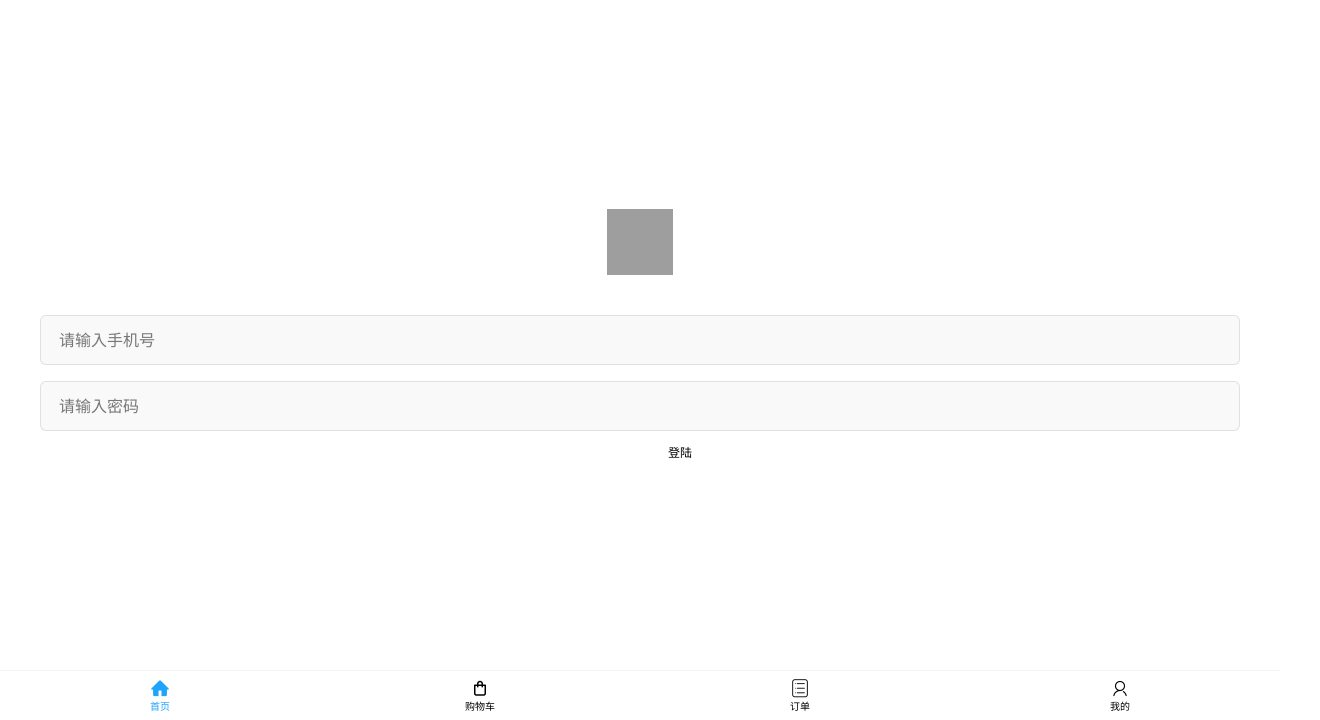
Repository: nestzero/mallapp
Page: /#/login
An editor plug-in stored every save of this project. The page is shown before and after the next save, followed by the edit.
The browser window is 1280 px wide. The page is 1320 px wide, so the pictures cover 1320 px, including what lies to the right of the window. The pictures show the whole page.
Pictures or frames that could not be fetched are drawn as grey boxes. The project was rebuilt for these pictures with package versions that can differ from the ones it lists, and the page was loaded fresh each time. Also part of the build but not shown: vue.config.js.

Above is the page before, as saved 2022-03-07 22:49:00.

### src/main.js
import { createApp } from 'vue'
import App from './App.vue'
import router from './router'
import store from './store'

import 'normalize.css'
import '@/assets/css/base.scss'

import '@/assets/font/iconfont.css'

createApp(App).use(store).use(router).mount('#app')

### src/App.vue
<template>
  <div id="app">
    <router-view/>

    <main-bar></main-bar>
  </div>

</template>

<script>
import MainBar from "@/components/common/MainBar/MainBar";
export default {
  components:{
    MainBar,
  }
}
</script>

<style lang="scss" scoped>
</style>

### src/router/index.js
import { createRouter, createWebHashHistory } from 'vue-router'

const home=()=>import('@/views/home/home');
const login=()=>import('@/components/content/login/login')
const my=()=>import('@/views/my/my');

const routes = [
  {
    path:'',
    redirect: '/home',
  },
  {
    path:'/home',
    component:home,
  },
  {
    path:'/login',
    component:login
  },
  {
    path:'/my',
    component:my
  }
]

const router = createRouter({
  history: createWebHashHistory(),
  routes
})

export default router

### src/assets/css/base.scss
html{
  font-size: 100px;
}

body{
  font-size: .12rem;
}

### src/assets/font/iconfont.css
@font-face {
  font-family: "iconfont"; /* Project id 3226171 */
  src: url('iconfont.woff2?t=1647138805740') format('woff2'),
       url('iconfont.woff?t=1647138805740') format('woff'),
       url('iconfont.ttf?t=1647138805740') format('truetype');
}

.iconfont {
  font-family: "iconfont" !important;
  font-size: 16px;
  font-style: normal;
  -webkit-font-smoothing: antialiased;
  -moz-osx-font-smoothing: grayscale;
}

.icon-plus-circle:before {
  content: "\e781";
}

.icon-minus-circle:before {
  content: "\e677";
}

.icon-enter:before {
  content: "\e78c";
}

.icon-back:before {
  content: "\e697";
}

.icon-search:before {
  content: "\e65c";
}

.icon-bell:before {
  content: "\e628";
}

.icon-weibiaoti-3:before {
  content: "\e601";
}

.icon-my:before {
  content: "\e78b";
}

.icon-orders:before {
  content: "\e64b";
}

.icon-home:before {
  content: "\e612";
}

.icon-cart:before {
  content: "\e638";
}

### src/components/common/MainBar/MainBar.vue
<template>
  <div id="mainBar">
    <div
      class="mainBar_item"
      v-for="(item, index) in nav"
      :key="index"
      :class="{ actived: index == navIndex }"
      @click="toNewPath(item.path, index)"
    >
      <div :class="'iconfont '+item.iconfont"></div>
      <div class="mainBar_item_title">{{item.name}}</div>
    </div>
  </div>
</template>

<script>
export default {
  data() {
    return {
      navIndex: 0,
      nav: [
        { path: "/home", iconfont: "icon-home", name: "首页" },
        { path: "/", iconfont: "icon-cart", name: "购物车" },
        { path: "/", iconfont: "icon-orders", name: "订单" },
        { path: "/login", iconfont: "icon-my", name: "我的" },
      ],
    };
  },
  methods: {
    toNewPath(path, index) {
      this.navIndex = index;

      this.$router.push(path);
    },
  },
};
</script>

<style lang="scss" scoped>
#mainBar {
  display: flex;

  position: absolute;

  left: 0;
  bottom: 0;

  width: 100%;
  height: 0.49rem;

  border-top: 0.01rem solid #f6f6f6;

  z-index: 999;
}

.mainBar_item {
  flex: 1;

  text-align: center;

  .iconfont {
    font-size: 0.18rem;

    margin: 0.07rem 0 0.02rem 0;
  }

  &_title {
    font-size: 0.2rem;

    transform: scale(0.5, 0.5);
    transform-origin: center top;
  }
}

.actived {
  color: #1fa4fc;
}
</style>

### src/components/content/login/Login.vue
<template>
  <div id="login">
    <div class="wrapper">
      <img
        class="wrapper_img"
        src="http://www.dell-lee.com/imgs/vue3/user.png"
      />

      <div class="wrapper_input">
        <input class="wrapper_input_content" placeholder="请输入手机号" />
      </div>
      <div class="wrapper_input">
        <input class="wrapper_input_content" placeholder="请输入密码" />
      </div>
      <div class="wrapper_login-button">登陆</div>
    </div>
  </div>
</template>

<script>
export default {};
</script>

<style lang="scss" scoped>
@import '@/assets/css/viriables.scss';

.wrapper{
  position: absolute;
  top: 50%;
  left: 0;
  right: 0;
  transform: translateY(-50%);

  &_img {
    display: block;
    margin: 0 auto .4rem auto;
    width: .66rem;
    height: .66rem;
  }

  &_input{
    height: .48rem;

    border: 1px solid rgba(0,0,0,0.10);
    border-radius: 6px;

    background: #F9F9F9;

    margin: 0 .4rem .16rem .4rem;

    padding: 0 .16rem;


    &_content{
      width: 100%;

      color: $content-notice-fontcolor;
      line-height: .48rem;
      font-size: .16rem;

      border: none;
      outline: none;

      background: none;

      &::placeholder {
        color: $content-notice-fontcolor;
      }
    }
  }

  &_login-button{
    width: 100%;
    height: .48rem;


    text-align: center;

    background-color: #fff;

    margin: 0 .4rem .16rem .4rem;
  }
}
</style>

### src/assets/css/viriables.scss
$content-fontcolor: #333;
$content-notice-fontcolor: #777;
$content-bgColor: #F1F1F1;

Loaded but not shown: public/index.html (common file); src/store/index.js (common file)

After the next save:
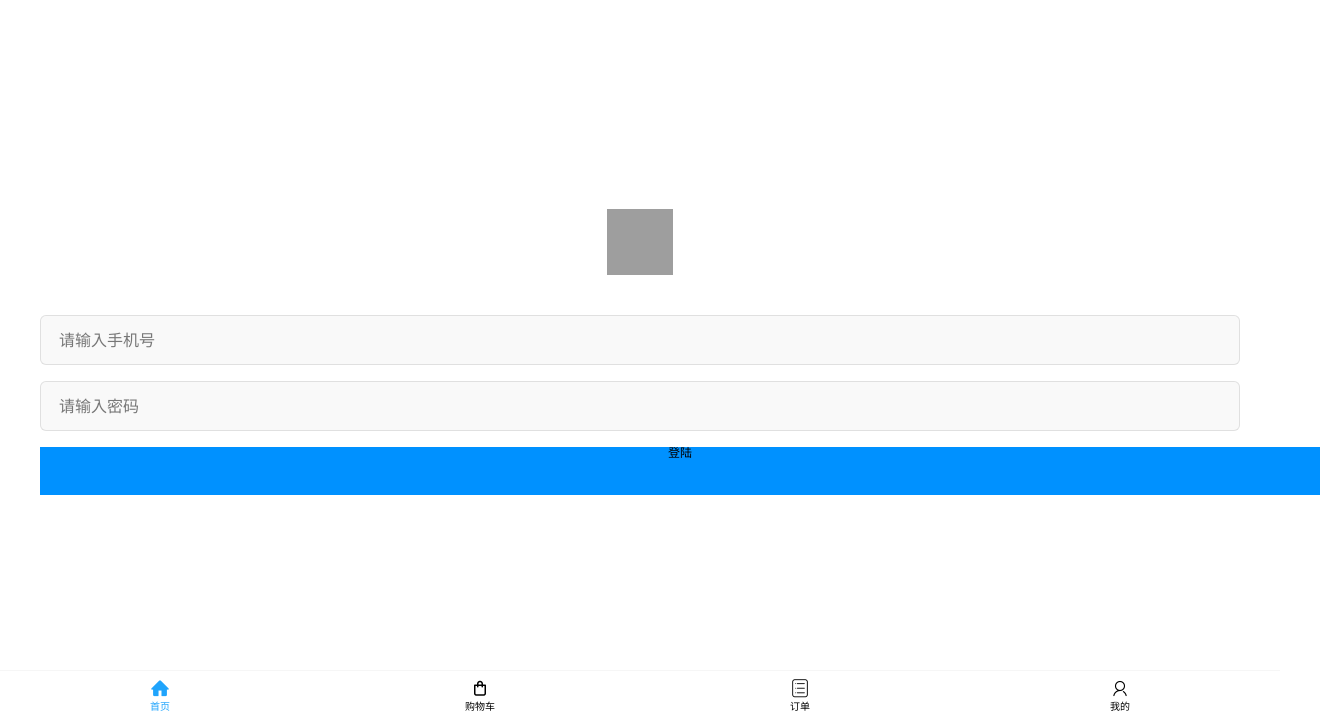
Saved 6 s later.
--- a/src/components/content/login/Login.vue
+++ b/src/components/content/login/Login.vue
@@ -76,7 +76,7 @@ export default {};
 
     text-align: center;
 
-    background-color: #fff;
+    background-color: #0091FF;
 
     margin: 0 .4rem .16rem .4rem;
   }
